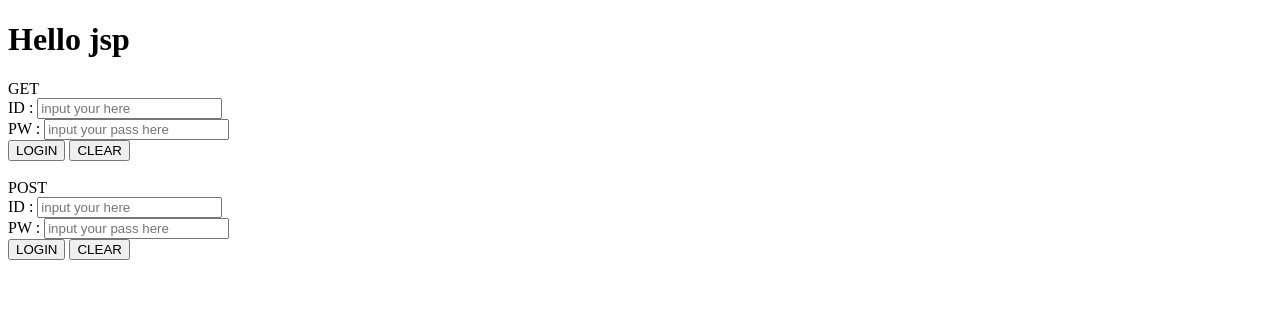
Repository: Vipper105/Restaurant_project
Page: webShop/WebContent/index.html
These files come from the project's save history. The page is drawn as it stood at one moment and after the next save; the edit follows.
The browser window is 1280 px wide. The pictures show the whole page.

Above is the page before, as saved 2020-08-10 09:37:54.

### webShop/WebContent/index.html
<!DOCTYPE html>
<html>
<head>
<meta charset="ISO-8859-1">
<title>Req & Res demo</title>
</head>
<body>

<h1>Hello jsp</h1>

<div>
	GET <br/>
	<!--   process url mapped to servlet, nếu có dấu / ở trước trong action thì nó dẫn từ ROOT -->
	<form method="get" action="Login1">
		ID : <input type="text" name="uname" placeholder="input your here">
		<br/>
		PW : <input type="password" name="upass" placeholder="input your pass here">
		<br/>
		<input type="submit" value="LOGIN">
		<input type="reset" value="CLEAR">
	</form>
</div>
<br/>
<div>
	POST<br/>
	<form method="post" action="login2">
		ID : <input type="text" name="uname" placeholder="input your here">
		<br/>
		PW : <input type="password" name="upass" placeholder="input your pass here">
		<br/>
		<input type="submit" value="LOGIN">
		<input type="reset" value="CLEAR">
	</form>
</div>


</body>
</html>

After the next save:
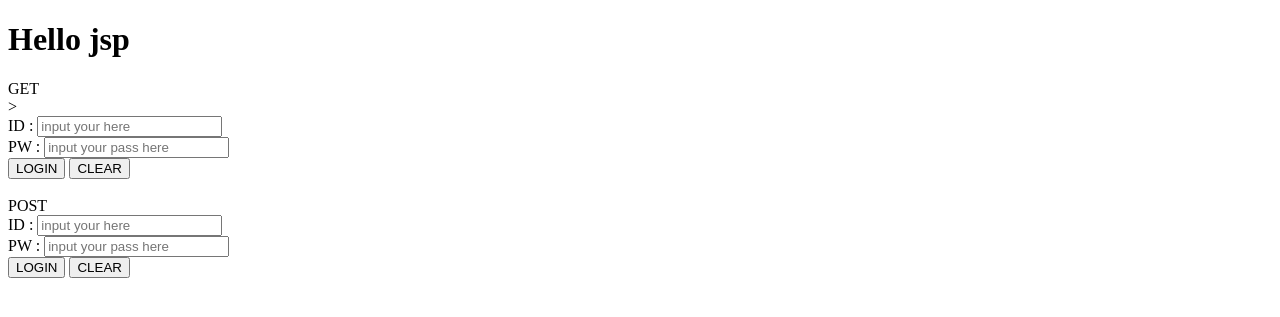
Saved 54 s later.
--- a/webShop/WebContent/index.html
+++ b/webShop/WebContent/index.html
@@ -11,6 +11,7 @@
 <div>
 	GET <br/>
 	<!--   process url mapped to servlet, nếu có dấu / ở trước trong action thì nó dẫn từ ROOT -->
+	<!-- Khi click submit thì sẽ thực hiện action gọi  -->>
 	<form method="get" action="Login1">
 		ID : <input type="text" name="uname" placeholder="input your here">
 		<br/>

After the 2 saves that followed:
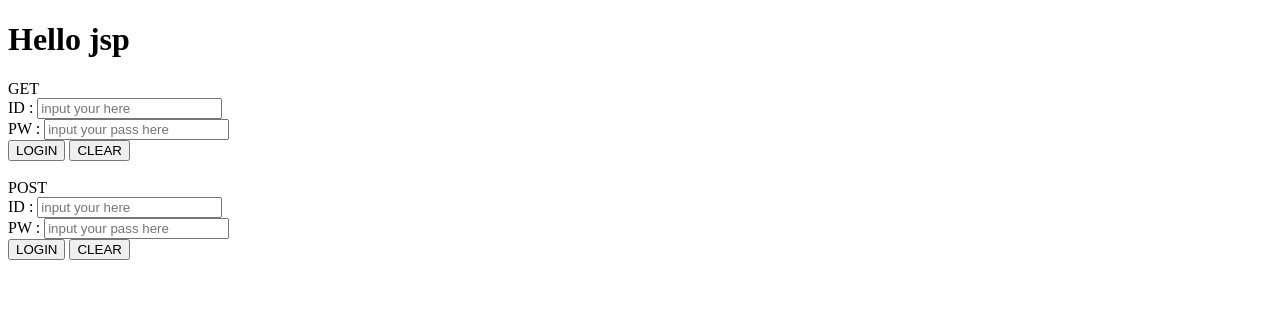
The 2 saves are shown as one change because 1 left the picture as it was.
The last was saved 10 s later.
--- a/webShop/WebContent/index.html
+++ b/webShop/WebContent/index.html
@@ -11,7 +11,7 @@
 <div>
 	GET <br/>
 	<!--   process url mapped to servlet, nếu có dấu / ở trước trong action thì nó dẫn từ ROOT -->
-	<!-- Khi click submit thì sẽ thực hiện action gọi  -->>
+	<!-- Khi click submit thì sẽ thực hiện action gọi servlet xử lý -->
 	<form method="get" action="Login1">
 		ID : <input type="text" name="uname" placeholder="input your here">
 		<br/>
